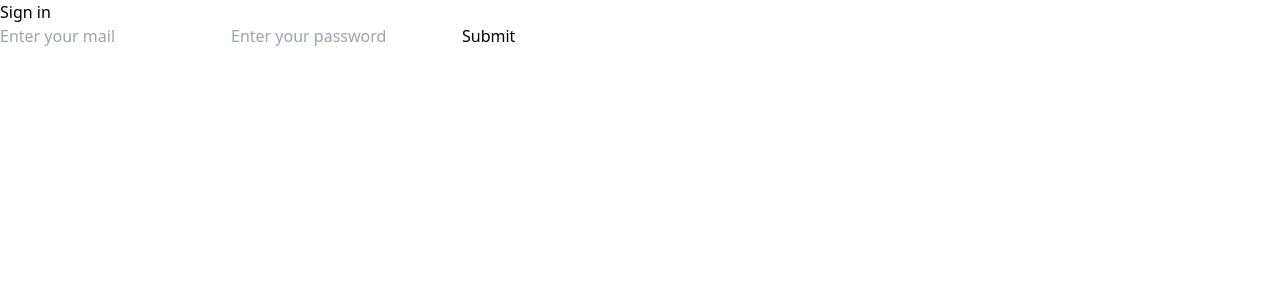
Repository: sevilgenysf/firebase
Page: /sign-in
The author's editor kept a copy of each file at every save. The page is drawn from the files as they stood at one save, then again after the next save.
The browser window is 1280 px wide. The pictures show the whole page.
The project was rebuilt for these pictures with package versions that can differ from the ones it lists, and the page was loaded fresh each time. Also part of the build but not shown: src/pages/Home.js, src/pages/SignUp.js.

Above is the page before, as saved 2023-01-03 14:29:22.

### src/App.js
import { BrowserRouter as Router, Routes, Route } from 'react-router-dom';
import Home from './pages/Home';
import SignIn from './pages/SignIn';
import SignUp from './pages/SignUp';

const App = () => {
	return (
		<Router>
			<Routes>
				<Route path="/" element={<Home />} />
				<Route path="/sign-in" element={<SignIn />} />
				<Route path="/sign-up" element={<SignUp />} />
			</Routes>
		</Router>
	);
};

export default App;

### src/pages/SignIn.js
import { useState, useCallback } from 'react';
import { signInWithEmailAndPassword } from 'firebase/auth';
import { auth } from '../firebase';

const SingIn = () => {
	const [email, setEmail] = useState('');
	const [password, setPassword] = useState('');

	const handleSubmit = useCallback(
		(e) => {
			e.preventDefault();
			if (!email || !password) {
				return;
			}

			signInWithEmailAndPassword(auth, email, password)
				.then(() => {
					alert('hey, you have signed in');
				})
				.catch((e) => {
					console.log(e);
				});
		},
		[email, password]
	);

	return (
		<div>
			<h1>Sign in</h1>
			<form onSubmit={handleSubmit}>
				<input
					type="email"
					placeholder="Enter your mail"
					value={email}
					onChange={(e) => setEmail(e.currentTarget.value)}
				/>
				<input
					type="password"
					placeholder="Enter your password"
					value={password}
					onChange={(e) => setPassword(e.currentTarget.value)}
				/>
				<input type="submit" />
			</form>
		</div>
	);
};

export default SingIn;

### src/firebase.js
import { initializeApp } from 'firebase/app';
import { getAuth } from 'firebase/auth';

const firebaseConfig = {
	apiKey: 'AIzaSyA9AQ6GBecnDjzYQorOMotUQvkcZgmFqdE',
	authDomain: 'post-app-3203e.firebaseapp.com',
	projectId: 'post-app-3203e',
	storageBucket: 'post-app-3203e.appspot.com',
	messagingSenderId: '905467232334',
	appId: '1:905467232334:web:31883f07cf29e9dbcac31f',
	measurementId: 'G-YNJEF03DBC'
};

const app = initializeApp(firebaseConfig);
export const auth = getAuth(app);

### tailwind.config.js
/** @type {import('tailwindcss').Config} */
module.exports = {
	content: ['./src/**/*.{js,jsx,ts,tsx}'],
	theme: {
		extend: {}
	},
	plugins: []
};

Loaded but not shown: public/index.html (common file); src/index.js (common file); src/index.css (common file); src/reportWebVitals.js (common file)

After the next save:
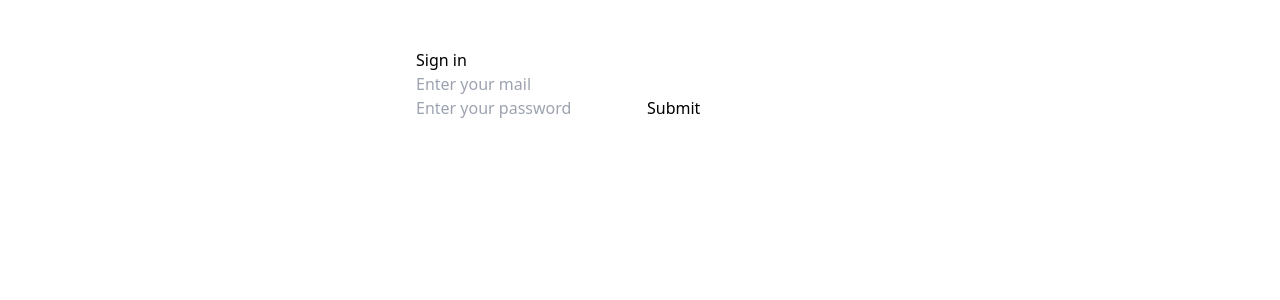
Saved 4 min 16 s later.
--- a/src/pages/SignIn.js
+++ b/src/pages/SignIn.js
@@ -25,7 +25,7 @@ const SingIn = () => {
 	);
 
 	return (
-		<div>
+		<div className="max-w-md mx-auto py-12">
 			<h1>Sign in</h1>
 			<form onSubmit={handleSubmit}>
 				<input
